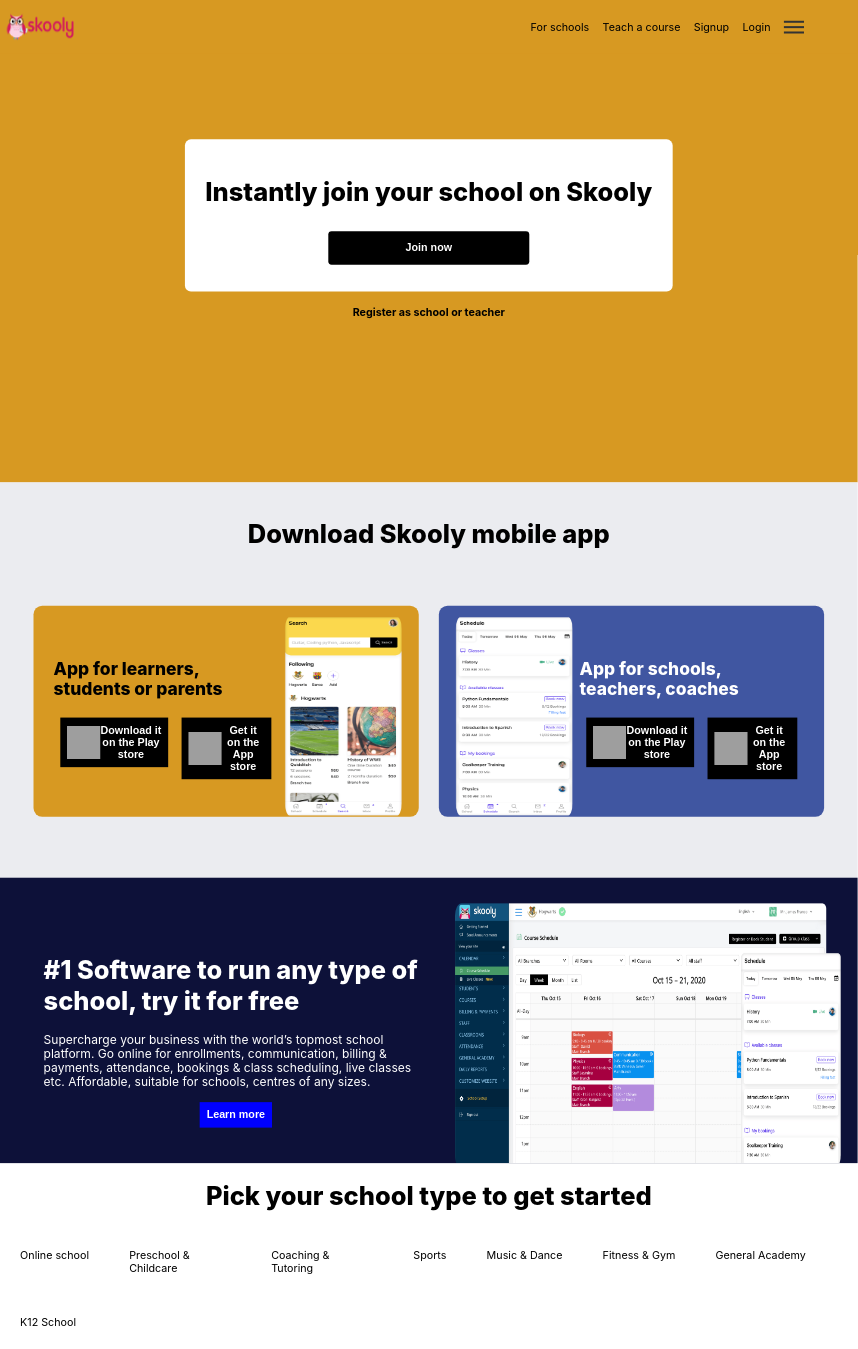
Repository: akankshaajoshi/Skooly-Clone
Page: /
The author's editor kept a copy of each file at every save. The page is drawn from the files as they stood at one save, then again after the next save.
The browser window is 1280 px wide. The pictures show the whole page, at 67% of full size.
Pictures or frames that could not be fetched are drawn as grey boxes. The project was rebuilt for these pictures with package versions that can differ from the ones it lists, and the page was loaded fresh each time. Also part of the build but not shown: craco.config.js.

Above is the page before, as saved 2023-09-15 07:54:56.

After the next save:
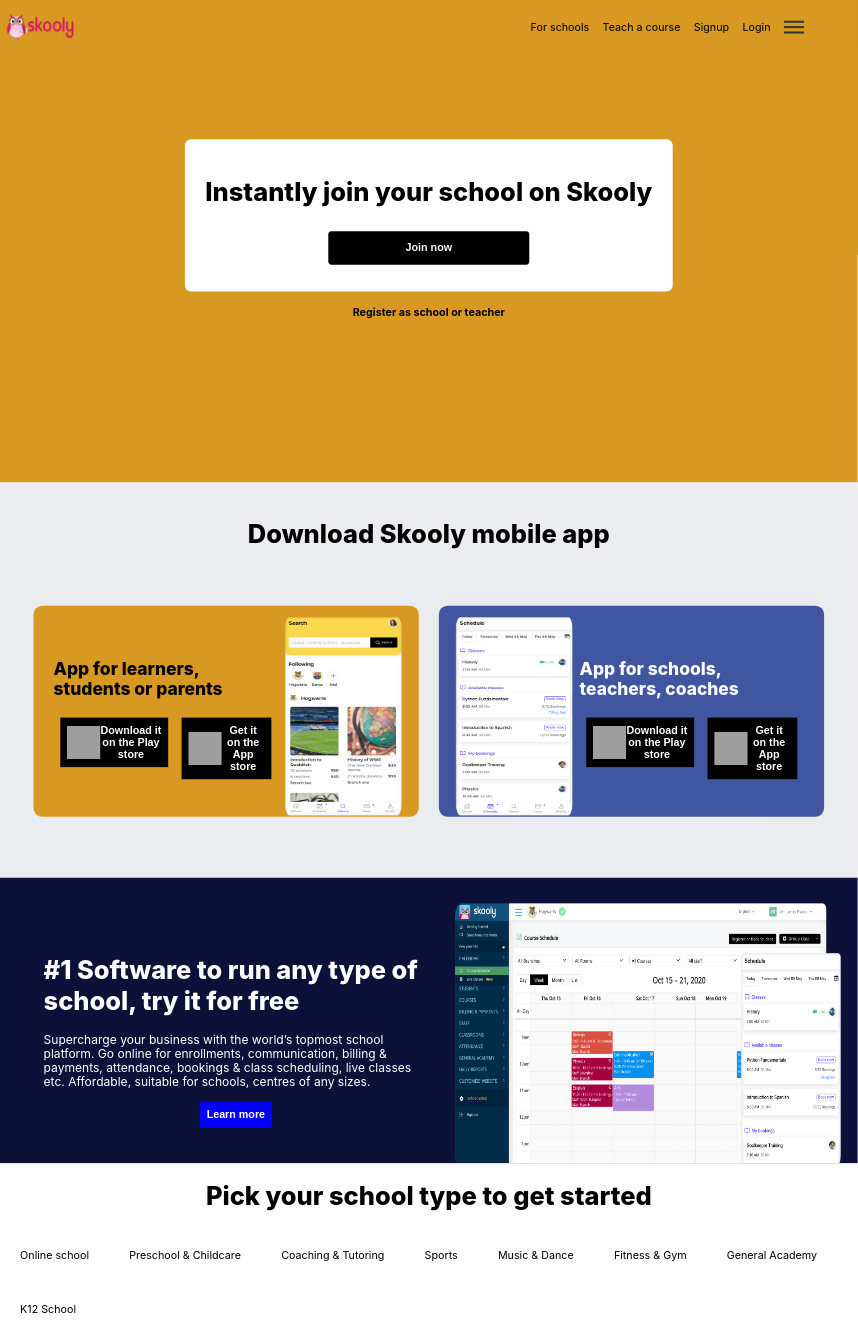
Saved 17 s later.
--- a/src/containers/SchoolTypeContainer/index.js
+++ b/src/containers/SchoolTypeContainer/index.js
@@ -16,7 +16,7 @@
 justify-content: center;
 margin: 10px;
 padding: 20px;
-max-width: 152px;
+max-width: 252px;
 `
 
 
